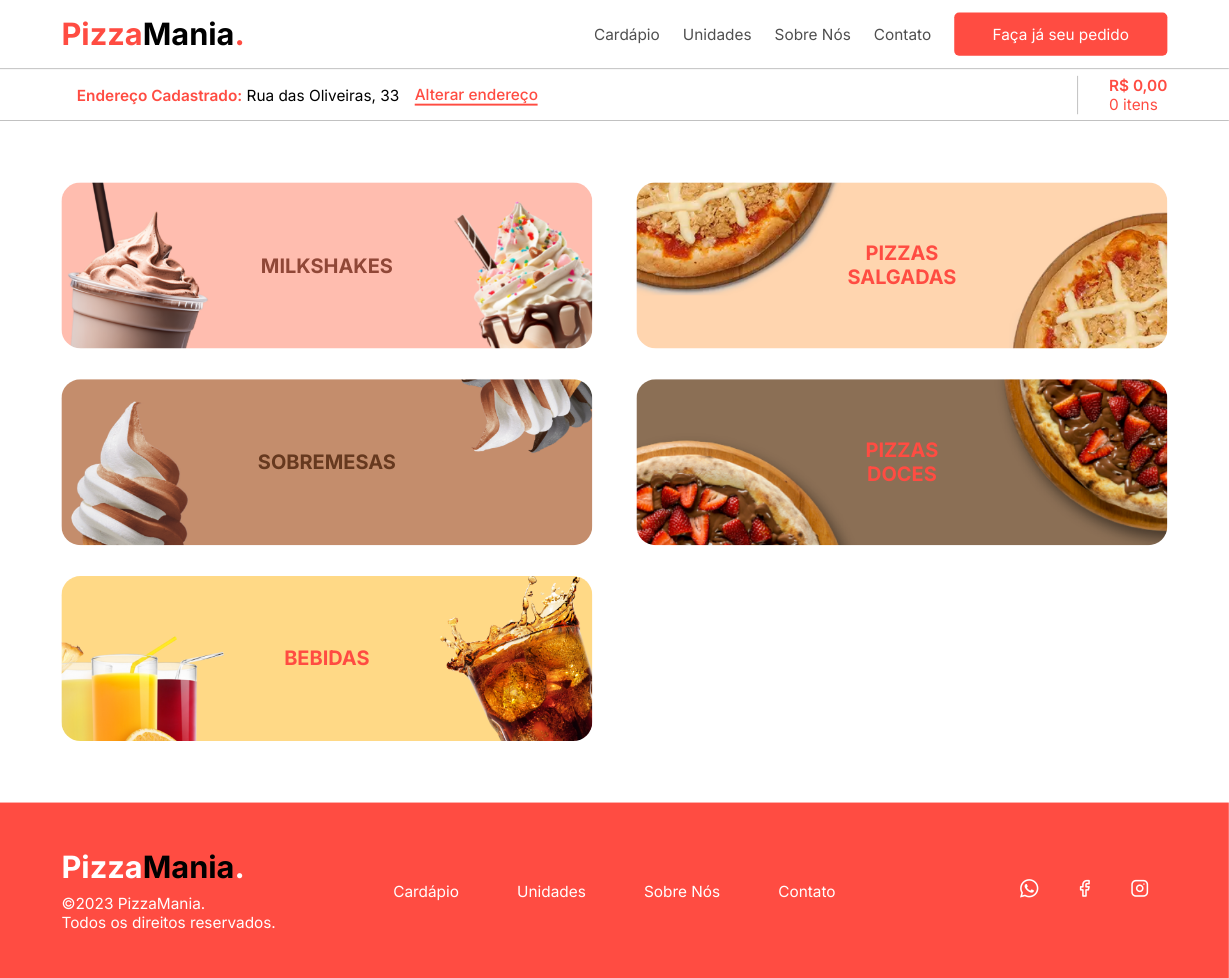
Repository: lucas-albuq/PizzaMania
Page: assets/pages/cardapio.html
An editor plug-in stored every save of this project. The page is shown before and after a run of saves, followed by the edit.
The browser window is 1280 px wide. The pictures show the whole page, at 96% of full size.
Some icons come from a web library that is not loaded, so they are not drawn. Some web libraries are served in a nearby version.

Above is the page before, as saved 2024-01-04 21:52:51.

### assets/pages/cardapio.html
<!DOCTYPE html>
<html lang="en">
<head>
    <meta charset="UTF-8">
    <meta name="viewport" content="width=device-width, initial-scale=1.0">
    <title>PizzaMania. - Cardápio</title>
    <link rel='stylesheet' href='https://cdn-uicons.flaticon.com/2.0.0/uicons-regular-rounded/css/uicons-regular-rounded.css'>
    <link rel="stylesheet" href="/assets/fonts/style.css">
    <link rel="stylesheet" href="/assets/css/pizzamania.css">
</head>
<body>
    <div id="header"></div>
    <main>
        <div class="categorias-cardapio">
            <a href="#">
                <div class="milkshakes">
                    <h2>Milkshakes</h2>
                </div>
            </a>
            <a href="#">
                <div class="pizzas-salgadas">
                    <h2>Pizzas <br>Salgadas</h2>
                </div>
            </a>
            <a href="#">
                <div class="sobremesas">
                    <h2>Sobremesas</h2>
                </div>
            </a>
            <a href="#">
                <div class="pizzas-doces">
                    <h2>Pizzas <br>Doces</h2>
                </div>
            </a>
            <a href="#">
                <div class="bebidas">
                    <h2>Bebidas</h2>
                </div>
            </a>
        </div>
    </main>
    <div id="footer"></div>
    <script src="https://ajax.googleapis.com/ajax/libs/jquery/3.1.0/jquery.min.js"></script>
    <script src="../../main.js"></script>
</body>
</html>

### assets/fonts/style.css
@font-face {
  font-family: 'icomoon';
  src:  url('fonts/icomoon.eot?r532as');
  src:  url('fonts/icomoon.eot?r532as#iefix') format('embedded-opentype'),
    url('fonts/icomoon.ttf?r532as') format('truetype'),
    url('fonts/icomoon.woff?r532as') format('woff'),
    url('fonts/icomoon.svg?r532as#icomoon') format('svg');
  font-weight: normal;
  font-style: normal;
  font-display: block;
}

[class^="icon-"], [class*=" icon-"] {
  /* use !important to prevent issues with browser extensions that change fonts */
  font-family: 'icomoon' !important;
  speak: never;
  font-style: normal;
  font-weight: normal;
  font-variant: normal;
  text-transform: none;
  line-height: 1;

  /* Better Font Rendering =========== */
  -webkit-font-smoothing: antialiased;
  -moz-osx-font-smoothing: grayscale;
}

.icon-delivery:before {
  content: "\e909";
}
.icon-pizza:before {
  content: "\e90a";
}
.icon-fatia:before {
  content: "\e90b";
}
.icon-whatsapp:before {
  content: "\e900";
}
.icon-brand:before {
  content: "\e900";
}
.icon-social:before {
  content: "\e900";
}
.icon-facebook:before {
  content: "\e902";
}
.icon-instagram:before {
  content: "\e903";
}
.icon-mail:before {
  content: "\e904";
}
.icon-map-pin:before {
  content: "\e905";
}
.icon-menu:before {
  content: "\e901";
}
.icon-phone:before {
  content: "\e906";
}
.icon-x:before {
  content: "\e907";
}
.icon-youtube:before {
  content: "\e908";
}

### assets/css/pizzamania.css
@import url('https://fonts.googleapis.com/css2?family=Inter:wght@100;200;300;400;500;600;700;800;900&display=swap');

:root {
  --base-hue: 3;
  --primary-color: hsl(var(--base-hue), 100%, 63%);
  --secondary-color: hsl(var(--base-hue), 0%, 0%);
  --text-color: hsl(var(--base-hue), 0%, 31%);
  --text-hover-color: hsl(var(--base-hue), 0%, 51%);
  --background-color: hsl(var(--base-hue), 0%, 100%);
  --button-background: hsl(var(--base-hue), 100%, 63%);
  --button-hover-background: hsl(var(--base-hue), 67%, 47%);
  --divider-color: hsl(var(--base-hue), 0%, 75%);
  --shadow-color:rgba(0, 0, 0, 0.25);
  --box-shadow: 0px 2px 8px 0px rgba(0, 0, 0, 0.25);
}

* {
  padding: 0;
  margin: 0;
  scroll-behavior: smooth;
  font-family: 'Inter', sans-serif;
  box-sizing: border-box;
}

header {
  display: flex;
  flex-direction: column;
  align-items: center;
}

main{
  max-width: 80em;
  width: 90%;
  margin: 4em auto;
  display: flex;
  flex-direction: column;
  gap: 4em;
}

section{
  display: flex;
  flex-direction: column;
  gap: 2em;
}

h2{
  font-size: 1.3em;
  color: var(--primary-color);
  text-transform: uppercase;
}

h3{
  font-size: 1.2em;
}

.header1, .header2 {
  display: flex;
  max-width: 80em;
  width: 90%;
  justify-content: space-between;
  align-items: center;
}

.header1 {
  padding: .8em 0;
}

.header2 {
  padding: .4em 0;
}

.header1 h1 a {
  color: var(--primary-color);
  font-size: 2rem;
}

.header1 h1 span {
  color: var(--secondary-color);
}

.header1_menus {
  display: flex;
  gap: 1.5em;
}

.header1 nav {
  display: flex;
  align-items: center;
}

.header1 ul {
  display: flex;
  list-style-type: none;
  align-items: center;
  justify-content: center;
  gap: 1.5em;
  align-items: center;
}

.header1 a {
  text-decoration: none;
  color: var(--text-color);
  font-size: 1rem;
  transition: color .2s;
}

.header1 nav a:hover {
  color: var(--text-hover-color);
}

.header1 button {
  padding: .8em 2.5em;
  border-radius: 5px;
  line-height: initial;
  align-self: center;
  background-color: var(--button-background);
  border: none;
  color: #FFF;
  font-size: 1rem;
  cursor: pointer;
  transition: background .2s;
}

.header1 button:hover {
  background-color: var(--button-hover-background);
}

.divider {
  border-bottom: 1px solid var(--divider-color);
  width: 100%;
}

.header2 .endereco, .header2 .carrinho {
  display: flex;
  gap: 1em;
  align-items: center;
}

.header2 .carrinho {
  border-left: 1px solid var(--divider-color);
  padding-left: 1em;
  cursor: pointer;
}

.header2 .fi, .header2 span, .carrinho p {
  color: var(--primary-color);
  transition: color .2s;
}

.header2 .endereco button {
  background: none;
  border: none;
  font-size: 1rem;
  color: var(--primary-color);
  font-weight: 500;
  border-bottom: 2px solid var(--primary-color);
  cursor: pointer;
  transition: color .2s;
}

.header2 .endereco button:hover {
  color: var(--button-hover-background);
  border-color: var(--button-hover-background);
}

.header2 .carrinho:hover .valor p, .carrinho:hover .fi {
  color: var(--button-hover-background);
}

.header2 span, .carrinho p:first-child {
  font-weight: 600;
}

footer{
  background-color: var(--primary-color);
}
footer .footer{
  display: flex;
  max-width: 80em;
  width: 90%;
  margin: 0 auto;
  justify-content: space-between;
  align-items: center;
  padding: 3em 0;
}
.footer .footer-menu{
  width: 40%;
}
.footer .footer-menu ul{
  display: flex;
  list-style-type: none;
  justify-content: space-between;
}
.footer .footer-menu a{
  color: var(--background-color);
  text-decoration: none;
  transition: color .2s
}
.footer-menu a:hover{
  color: var(--divider-color)
}
.footer-logo-copy, .footer-social-medias{
  width: 20%;
}
.footer-social-medias{
  display: flex;
  justify-content: end;
  align-items: center;
}
.footer-social-medias a{
  text-decoration: none;
}
.footer-social-medias div {
  color: var(--background-color);
  font-size: 1.2rem;
  padding: 1em;
  transition: all .5s ease;
}

.footer-social-medias div:hover {
  transform: translateY(-5px);
}
.footer-social-medias div::after{
  content: "";
  display: block;
  width: 0;
  height: 3px;
  margin-top: 3px;
  border-radius: 5px;
  background: var(--background-color);
  transition: all .2s ease;
}
.footer-social-medias div:hover::after{
  width: 100%;
}
.footer-logo-copy{
  display: flex;
  flex-direction: column;
  gap: .5em;
  color: var(--background-color)
}
.footer-logo-copy a{
  color: var(--background-color);
  text-decoration: none;
}
.footer-logo-copy a span{
  color: var(--secondary-color);
}
.servicos > div{
  display: flex;
  justify-content: space-between;
}
.servicos > div > div{
  box-shadow: var(--box-shadow);
  display: flex;
  flex-direction: column;
  align-items: center;
  justify-content: center;
  padding: 2.5em;
  width: 30%;
  gap: 1.5em;
  border-radius: 20px;
  border-bottom: var(--primary-color) solid 8px;
}

.servicos img{
  height: 3.5em;
}

.servicos p{
  text-align: center;
}

.carrossel .swiper {
  width: 100%;
  aspect-ratio: 16/6;
  border-radius: 20px;
}
.carrossel .swiper img{
  width: 100%;
  aspect-ratio: 16/6;
  filter: brightness(75%);
}
.swiper-pagination-bullet{
  padding: 3px;
}
.swiper-pagination-bullet-active{
  background: var(--primary-color);
}
.swiper-button-next, .swiper-button-prev{
  color: #FFF
}
.promocoes .swiper-slide, .assessments .swiper-slide{
  padding: 1em .2em;
}
.promocoes .card{
  display: flex;
  flex-direction: column;
  padding: 2em;
  gap: 2em;
  box-shadow: var(--box-shadow);
  border-radius: 20px;
}
.promocoes .card-top, .promocoes .card-bottom{
  display: flex;
  justify-content: space-between;
}
.promocoes .card-top-text{
  width: 65%;
  display: flex;
  flex-direction: column;
  gap: 1em;
}
.promocoes .card-top-image{
  width: 35%;
}
.promocoes .card-top-image img{
  width: 100%;
}
.promocoes .card-bottom p span{
  font-weight: bold;
  font-size: 1.2em;
}
.promocoes .card-bottom button{
  border: none;
  background: var(--button-background);
  padding: 0 3em;
  border-radius: 5px;
  color: #FFF;
  font-size: 1rem;
  cursor: pointer;
  transition: background .2s;
}
.promocoes .card-bottom button:hover{
  background: var(--button-hover-background);
}
.swiper-container{
  overflow: hidden;
}
/*Novamente reutilizando código antigo meu (é meu msm)*/
.assessments .assessments__container .swiper-wrapper{
  display: flex;
  flex-wrap: nowrap;
}
.assessments .assessments__container .assessments__assessment blockquote{
  padding: 2em;
  box-shadow: var(--box-shadow);
  border-radius: 20px;
  height: auto;
  width: 100%;
}
.assessments .assessments__container .assessments__assessment p{
  position: relative;
  text-indent: 1.875rem;
  margin-bottom: 1.5rem;
  color: var(--title-color);
}
.assessments .assessments__container .assessments__assessment p span{
  font-size: 4rem;
  font-family: serif;
  font-weight: 700;
  position: absolute;
  color: var(--primary-color);
  top: -1.375rem;
  left: -2.300rem;
}
.assessments .assessments__container .assessments__assessment cite {
  display: flex;
  align-items: center;
  font-style: normal;
  text-transform: capitalize;
}
.assessments .assessments__container .assessments__assessment cite img{
  height: 2rem;
  width: 2rem;
  object-fit: cover;
  clip-path: circle();
  margin-right: 0.5rem;
}
.categorias-cardapio{
  display: flex;
  flex-wrap: wrap;
  gap: 2em;
  justify-content: space-between;
}
.categorias-cardapio div{
  text-align: center;
  height: 100%;
  display: flex;
  align-items: center;
  justify-content: center;
  border-radius: 20px;
  background-size: 100% auto;
  background-position: center;
  background-repeat: no-repeat;
  aspect-ratio: 16/5;
}
.categorias-cardapio a{
  text-decoration: none;
  flex: 0 0 48%;
}

.categorias-cardapio .milkshakes{
  background-image: url("/assets/images/Milkshakes.png");

}
.milkshakes h2{
  color: #904737;
}

.categorias-cardapio .pizzas-salgadas{
  background-image: url("/assets/images/pizzasSalgadas.png");
}

.sobremesas h2{
  color: #66391F;
}

.categorias-cardapio .sobremesas{
  background-image: url("/assets/images/sobremesas.png");
}
.categorias-cardapio .pizzas-doces{
  background-image: url("/assets/images/pizzasDoces.png");
}
.categorias-cardapio .bebidas{
  background-image: url("/assets/images/bebidas.png");
}

### main.js
document.addEventListener('DOMContentLoaded', function() {
    const header = document.getElementById('header');
    const footer = document.getElementById('footer');

    fetch('/assets/html/header.html')
        .then(response => response.text())
        .then(data => {
            header.innerHTML = data;

            const fazerPedido = document.querySelector(".header1_menus button");
            fazerPedido.addEventListener("click", () => window.open('./assets/pages/cardapio.html', '_self'));
        });

    fetch('/assets/html/footer.html')
        .then(response => response.text())
        .then(data => {
            footer.innerHTML = data;
        });
});

### assets/html/header.html
<header>
        <div class="header1">
            <h1><a href="/index.html">Pizza<span>Mania</span>.</a></h1>
            <div class="header1_menus">
                <nav>
                    <ul>
                        <li><a href="#">Cardápio</a></li>
                        <li><a href="#">Unidades</a></li>
                        <li><a href="#">Sobre Nós</a></li>
                        <li><a href="#">Contato</a></li>
                    </ul>
                </nav>
                <button>
                    Faça já seu pedido
                </button>
            </div>
        </div>
        <div class="divider"></div>
        <div class="header2">
            <div class="endereco">
                <i class="fi fi-rr-home"></i>
                <p><span>Endereço Cadastrado:</span> Rua das Oliveiras, 33</p>
                <button>Alterar endereço</button>
            </div>
            <div class="carrinho">
                <i class="fi fi-rr-shopping-cart"></i>
                <div class="valor">
                    <p>R$ 0,00</p>
                    <p>0 itens</p>
                </div>
            </div>
        </div>
        <div class="divider"></div>
    </header>

### assets/html/footer.html
<footer>
    <div class="footer">
        <div class="footer-logo-copy">
            <h1><a href="/index.html">Pizza<span>Mania</span>.</a></h1>
            <p>
                ©2023 PizzaMania. <br>
                Todos os direitos reservados.
            </p>
        </div>
        <nav class="footer-menu">
            <ul>
                <li><a href="">Cardápio</a></li>
                <li><a href="">Unidades</a></li>
                <li><a href="">Sobre Nós</a></li>
                <li><a href="">Contato</a></li>
            </ul>
        </nav>
        <div class="footer-social-medias">
            <a href="#">
                <div class="icon-whatsapp"></div>
            </a>
            <a href="#">
                <div class="icon-facebook"></div>
            </a>
            <a href="#">
                <div class="icon-instagram"></div>
            </a>
        </div>
    </div>
</footer>

After the next 2 saves:
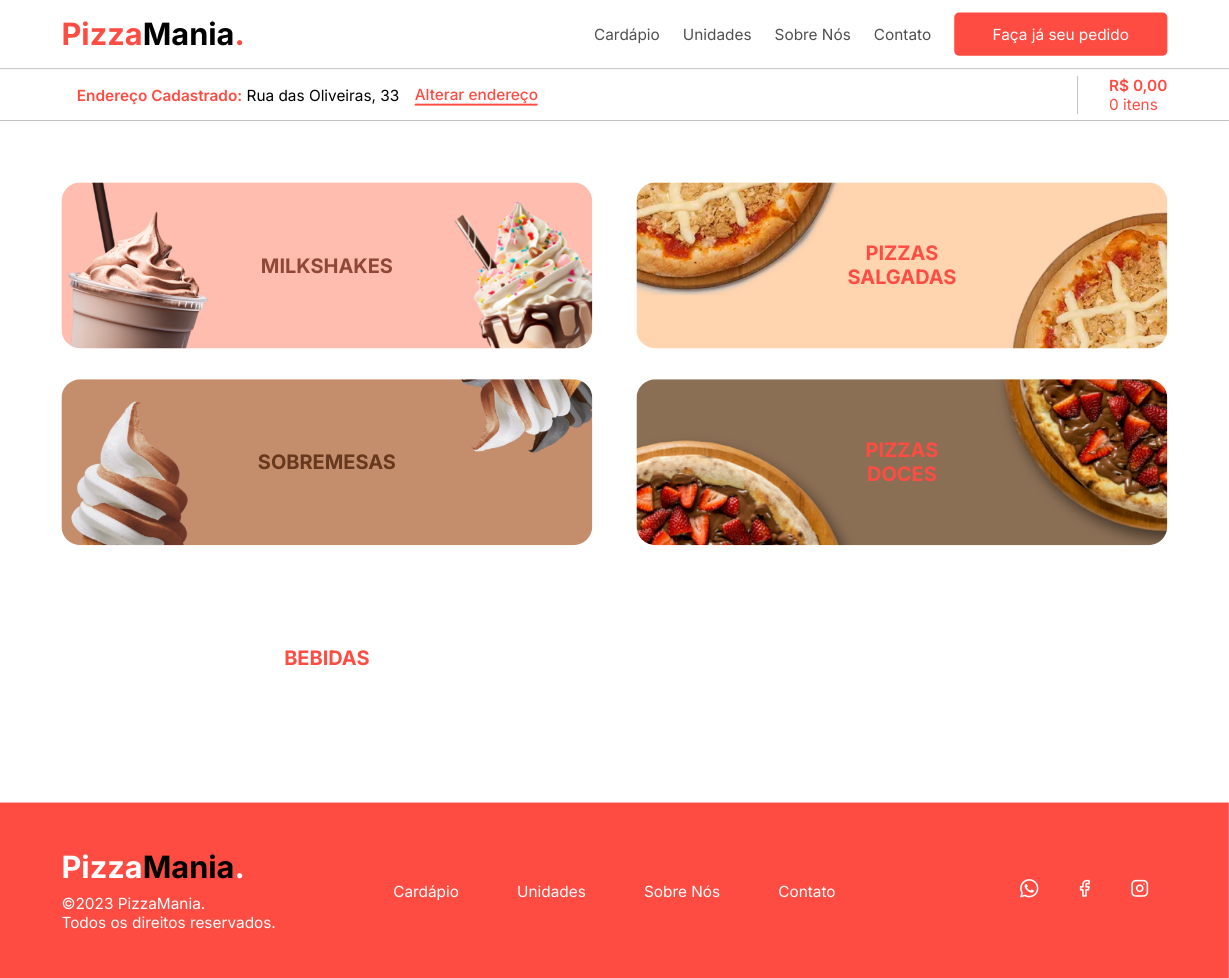
The 2 saves are shown as one change because they came seconds apart.
The last was saved 23 s later.
--- a/assets/css/pizzamania.css
+++ b/assets/css/pizzamania.css
@@ -422,6 +422,9 @@
 .categorias-cardapio .pizzas-doces{
   background-image: url("/assets/images/pizzasDoces.png");
 }
+
+.pizz
+
 .categorias-cardapio .bebidas{
   background-image: url("/assets/images/bebidas.png");
 }

After the save that followed:
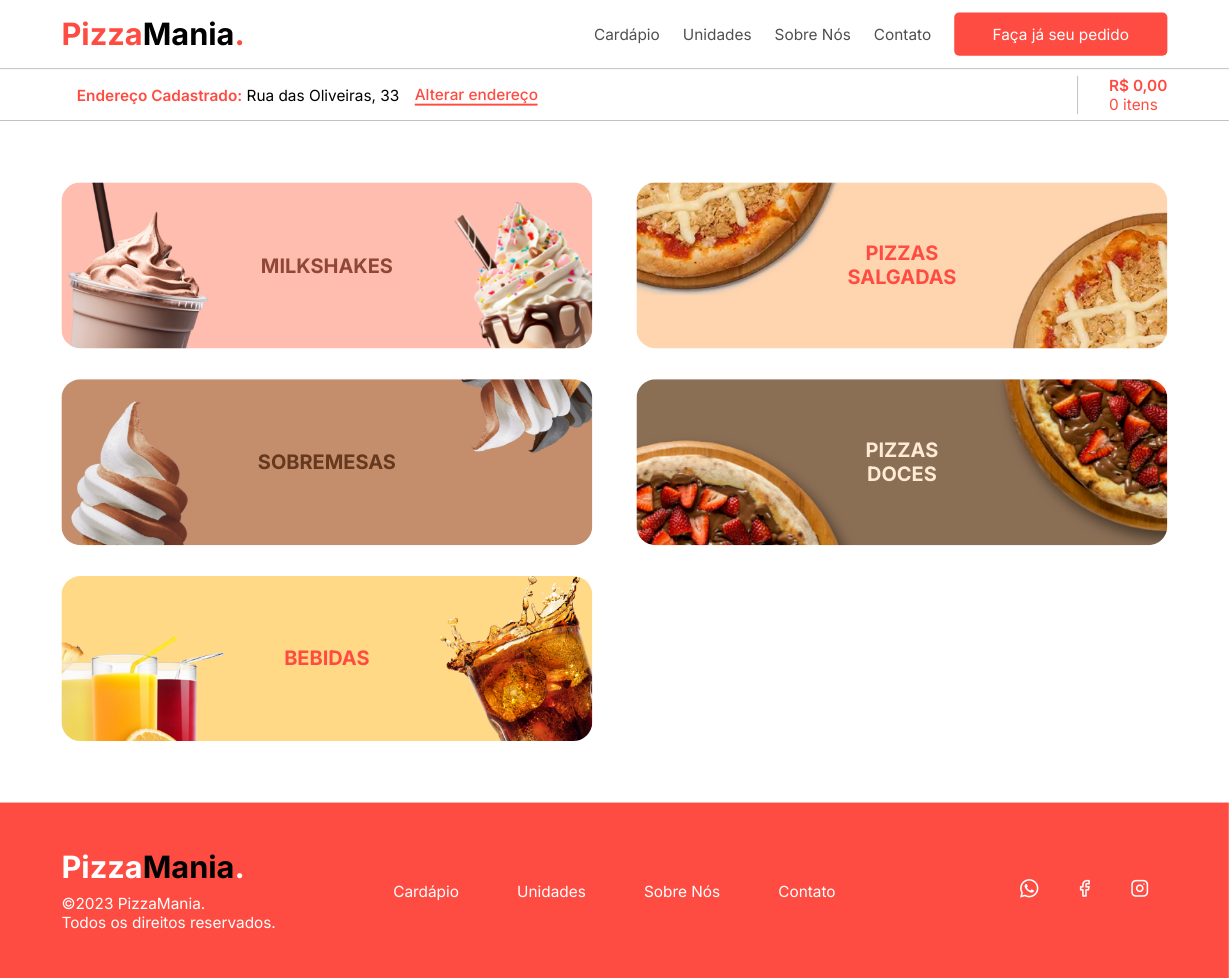
Saved 8 s later.
--- a/assets/css/pizzamania.css
+++ b/assets/css/pizzamania.css
@@ -423,7 +423,9 @@
   background-image: url("/assets/images/pizzasDoces.png");
 }
 
-.pizz
+.pizzas-doces h2{
+  color: #FFEAD6;
+}
 
 .categorias-cardapio .bebidas{
   background-image: url("/assets/images/bebidas.png");
